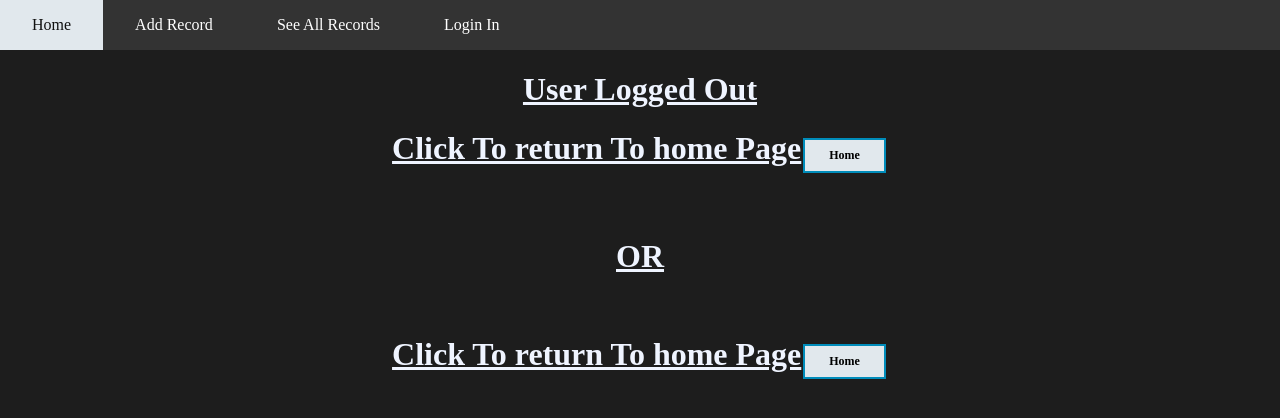
Repository: MUHAMMAD-SAQIB-2000/SpringBoot
Page: http://localhost/WebServiceRecordManagementSystem/logout.jsp
These files come from the project's save history. The page is drawn as it stood at one moment and after the next save; the edit follows.
The browser window is 1280 px wide. The pictures show the whole page.
The page is served by Tomcat 9. Other server files are loaded and not shown.

Above is the page before, as saved 2020-08-14 18:11:43.

### WebServiceRecordManagementSystem/src/main/webapp/logout.jsp
<%@ page language="java" contentType="text/html; charset=ISO-8859-1"
	pageEncoding="ISO-8859-1"%>
<!DOCTYPE html>
<html>
<head>
<meta charset="ISO-8859-1">
<title>Logout Page</title>
<link rel="stylesheet" href="style.css">
</head>
<body>
	<div>
		<ul>
			<li><a class="active"
				onclick="window.location.href = '${pageContext.request.contextPath}/home'">Home</a></li>
			<li><a
				onclick="window.location.href = '${pageContext.request.contextPath}/addCustomerForm'">Add
					Record</a></li>
			<li><a
				onclick="window.location.href = '${pageContext.request.contextPath}/displayAllCustomers'">See
					All Records</a></li>
			<li><a
				onclick="window.location.href = '${pageContext.request.contextPath}/login'">Login
					In</a></li>
		</ul>
	</div>
	<div class="mainBody">
		<h1 class="h">User Logged Out</h1>
		<h1 class="h">
			Click To return To home Page<a class="button button2" onclick="window.location.href='${pageContext.request.contextPath}/home'">Home
			</a></h1>
		<br />
		<h1 class="h">OR</h1>
		<br />
		<h1 class="h">
			Click To return To home Page<a class="button button2" onclick="window.location.href='${pageContext.request.contextPath}/home'">Home
			</a></h1>
	</div>

</body>
</html>

### WebServiceRecordManagementSystem/src/main/webapp/style.css
@charset "ISO-8859-1";

body {
	margin: 0px;
	padding: 0px;
	background-color:#1d1d1d;
}

ul {
	list-style-type: none;
	margin: 0;
	padding: 0;
	overflow: hidden;
	background-color: #333;
	position: fixed;
	top: 0;
	width: 100%;
}

li {
	float: left;
}

li a {
	display: block;
	color: white;
	text-align: center;
	padding: 16px 32px;
	text-decoration: none;
	font-size:16px;
}

li a:hover {
	background-color: #E1E8ED;
	color:#111;
}

.active {
	background-color:#008CBA;
	color:#fff;
	transition-duration: 0.4s;
	cursor: pointer;
}
.mainBody{
	padding: 20px 20px;
	margin-top:30px;
}

.h {
	color: #eff4ff;
	text-align: center;
	text-decoration: underline;
}
h2,h3,h4,h5{
	color: #E1E8ED;
}
table, th, td {
	background-color: #E1E8ED;
	color: #111;
	text-align: center;
	border: 2px solid #008CBA;
	margin: 10px;
	padding: 5px;
}

th:hover, td:hover {
	border: 2px solid #111;
	background-color: #008CBA;
	color: white;
	transition-duration: 0.4s;
	cursor: pointer;
}

.tableCSS {
	background-color: #E1E8ED;
	color: #111;
	margin-top:5%;
	margin-left:20%;
}

.button {
	border: none;
	color: white;
	padding: 8px 24px;
	text-align: center;
	text-decoration: none;
	display: inline-block;
	font-size: 12px;
	margin: 4px 2px;
	transition-duration: 0.4s;
	cursor: pointer;
}

.button2 {
	background-color: #E1E8ED;
	color: black;
	border: 2px solid #008CBA;
}

.button2:hover {
	background-color: #008CBA;
	color: white;
}

.form {
	text-align: left;
	margin-left: 50px;
}

form {
	width: 100%;
	padding: 12px 20px;
	margin: 8px 0;
	box-sizing: border-box;
}

.title {
	font-size: 25px;
	color: #eff4ff;
}
.para{
	font-size: 14px;
	color: #eff4ff;
}
select {
  width: 20%;
  padding: 12px 16px;
  border: none;
  border-radius: 4px;
  background-color: #f1f1f1;
}
.inputForm {
	width: 30%;
	padding: 10px 18px;
	margin: 6px 0;
	box-sizing: border-box;
	background-color: #F7F7F7;
	color: #111;
	border: 2px solid #00aba9;
  	border-radius: 4px;
}
.inputForm:focus {
  border: 3px solid #555;
}
radiobutton {
	size: 10px;
}

option:hover {
	background-color: #008CBA;
	color: white;
}

a {
	text-decoration: none;
	color: #111;
}

a:hover {
	color: #fff;
	font-size: 16px;
}
.foter{
	background-color: #111;
	color:#fff;
	font-size:20px;
}
.loginButton{
	width: 30%;
	padding: 10px 18px;
	margin: 6px 0;
	box-sizing: border-box;
}

After the next save:
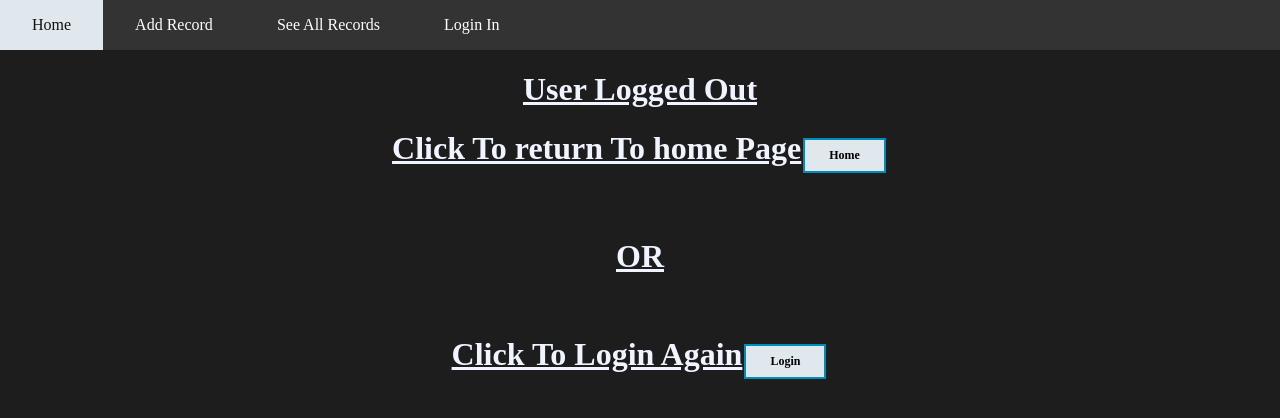
Saved 23 s later.
--- a/WebServiceRecordManagementSystem/src/main/webapp/logout.jsp
+++ b/WebServiceRecordManagementSystem/src/main/webapp/logout.jsp
@@ -32,7 +32,7 @@
 		<h1 class="h">OR</h1>
 		<br />
 		<h1 class="h">
-			Click To return To home Page<a class="button button2" onclick="window.location.href='${pageContext.request.contextPath}/home'">Home
+			Click To Login Again<a class="button button2" onclick="window.location.href='${pageContext.request.contextPath}/login'">Login
 			</a></h1>
 	</div>
 
